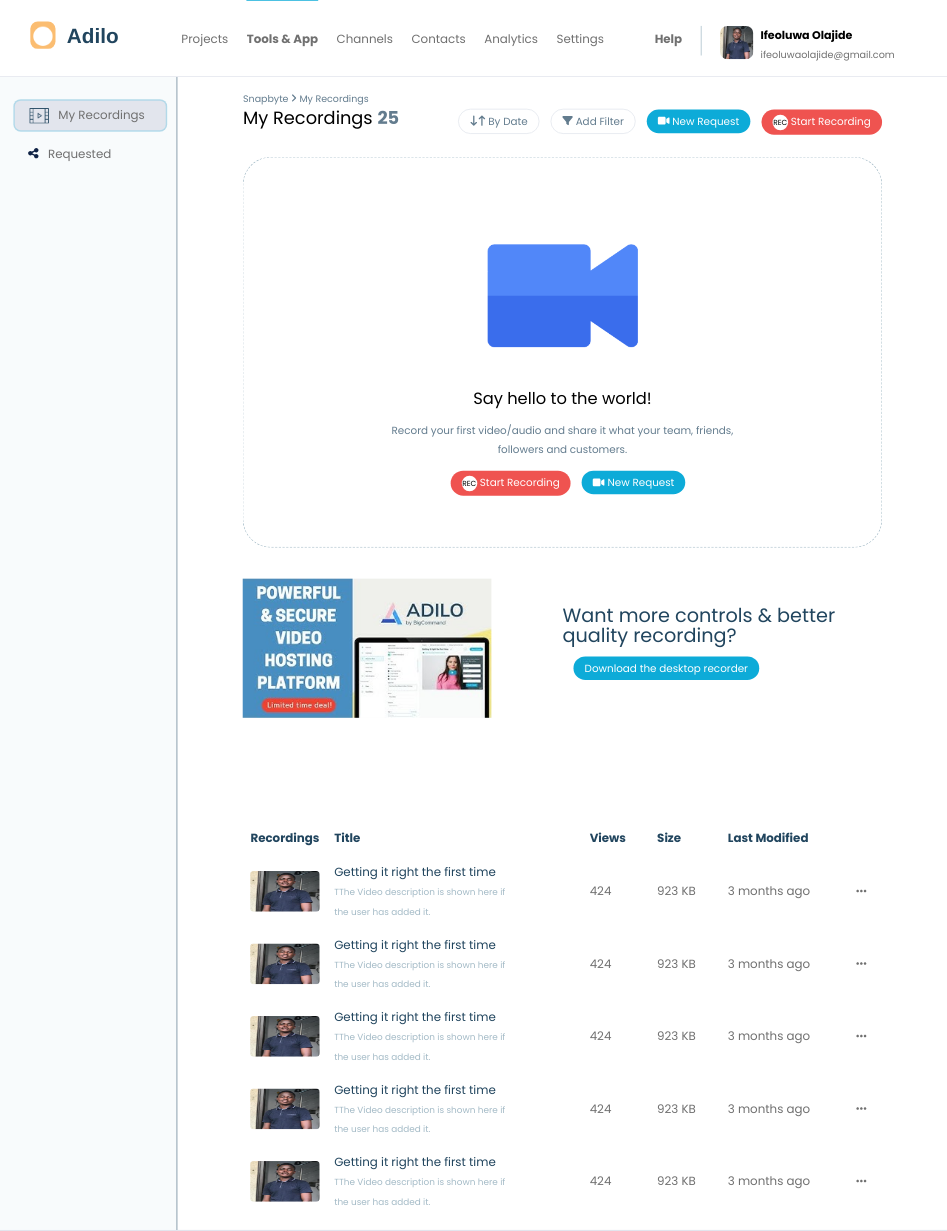
Repository: olhighjay/video_recorder
Page: /
These files come from the project's save history. The page is drawn as it stood at one moment and after the next save; the edit follows.
The browser window is 1280 px wide. The pictures show the whole page, at 74% of full size.
Some web libraries are served in a nearby version. The project was rebuilt for these pictures with package versions that can differ from the ones it lists, and the page was loaded fresh each time. Also part of the build but not shown: vue.config.js, src/components/DefLoader.vue, src/components/RecordPage.vue.

Above is the page before, as saved 2022-07-29 22:51:00.

After the next save:
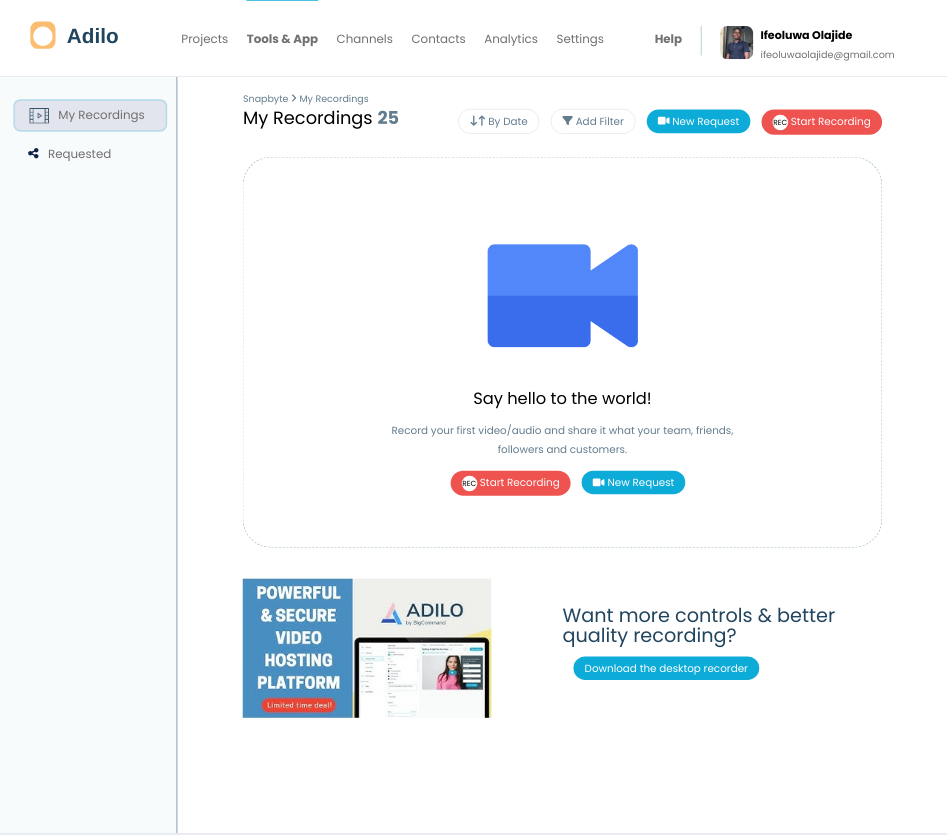
Saved 80 s later.
--- a/src/App.vue
+++ b/src/App.vue
@@ -23,7 +23,7 @@
                 <i class="fa-solid fa-filter"></i>
                 Add Filter
               </button>
-              <button class="sub-heading-btn blue-btn">
+              <button @click="showList = !showList" class="sub-heading-btn blue-btn">
                 <i class="fa fa-video"></i>
                 New Request
               </button>
@@ -34,9 +34,9 @@
             </div>
           </div>
 
-          <empty-recorded v-if="true"></empty-recorded>
-
-          <data-table v-if="true"></data-table>
+          <empty-recorded v-if="!showList"></empty-recorded>
+
+          <data-table v-else></data-table>
 
         <!-- Modal -->
         <div class="modal fade" id="recordOptions" tabindex="-1" role="dialog" aria-labelledby="recordOptions" aria-hidden="true">
@@ -125,6 +125,7 @@ export default {
       recordVideo: false,
       recordScreen: false,
       showRecPage: false,
+      showList: false,
     }
   }
 }
